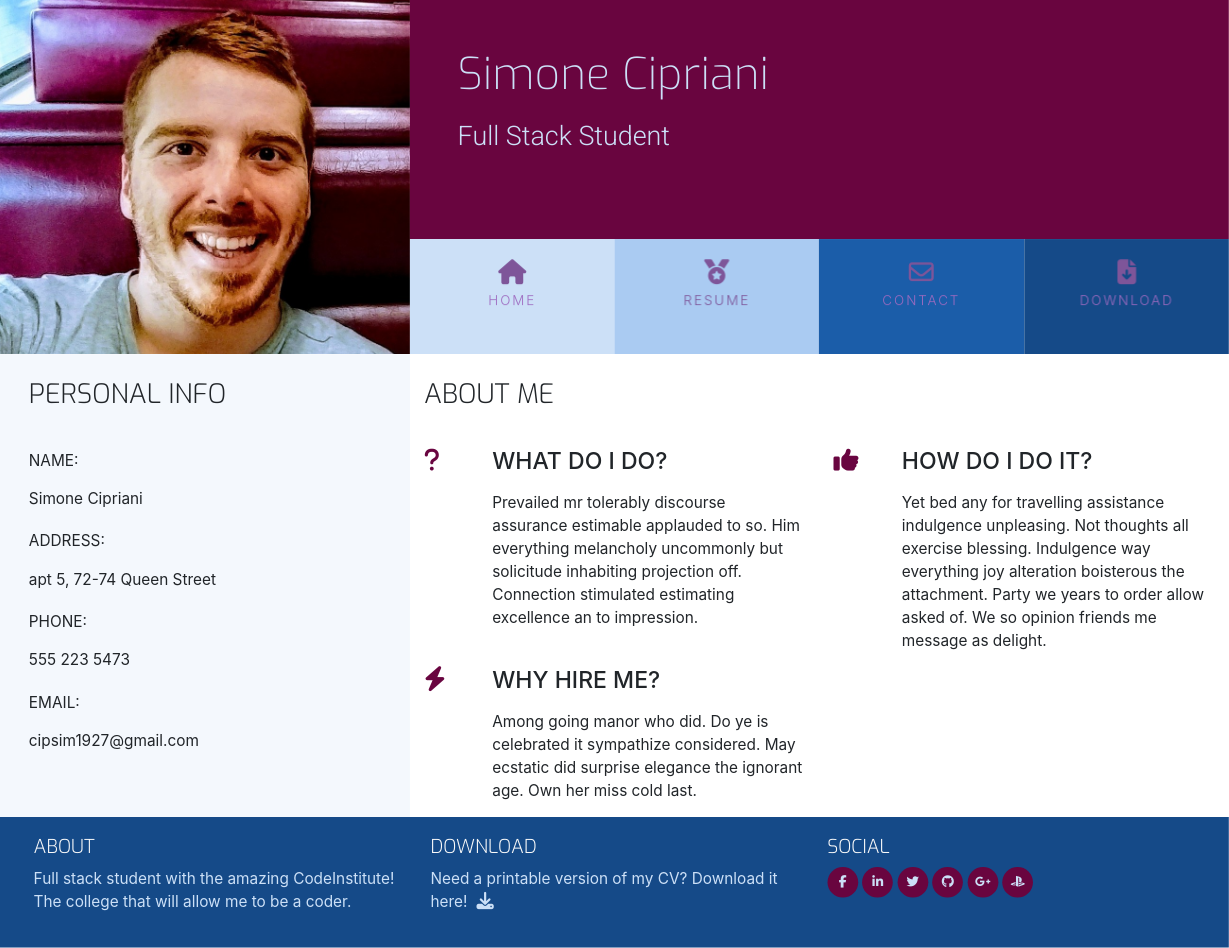
Repository: cipsim/resume
Page: index.html
The author's editor kept a record of every edit. The page is drawn from the files as they stood at one moment, then again after the next edit.
The browser window is 1280 px wide. The pictures show the whole page, at 96% of full size.
Some web libraries are served in a nearby version.

Above is the page before.

After the next edit:
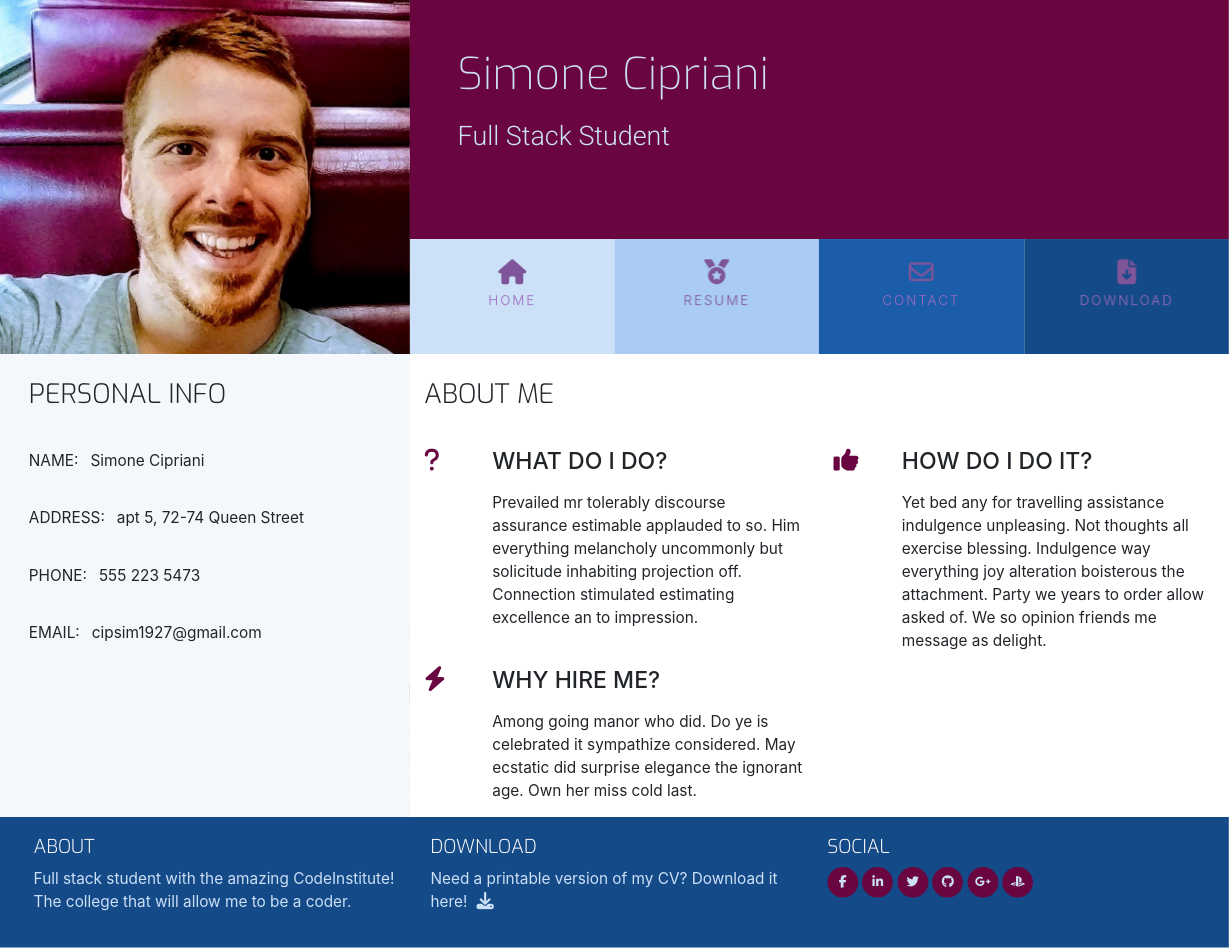
The edit:
--- a/assets/css/style.css
+++ b/assets/css/style.css
@@ -244,8 +244,8 @@
     clear: both;
 }
 
-.personal-info-item key,
-.personal-info-item value {
+.personal-info-item .key,
+.personal-info-item .value {
     padding-right: 8px;
     display: inline-block;
 }
